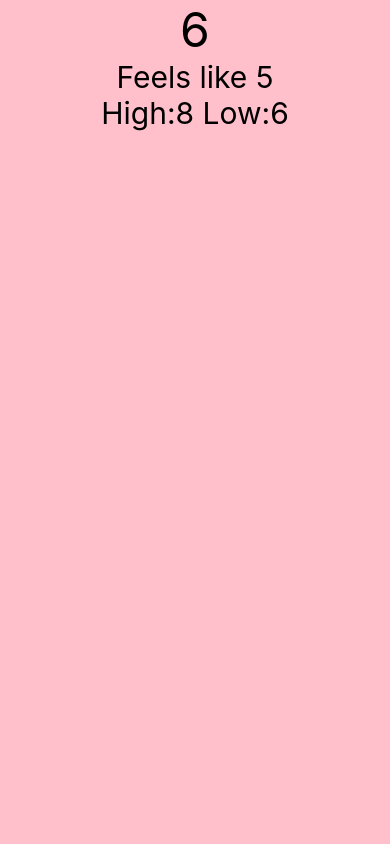
Repository: RossDee/WeatherApp
Screen: /
An editor plug-in stored every save of this project. The screen is shown before and after the next save, followed by the edit.
The app was drawn by React Native's web renderer in a window 390 px wide. The project was rebuilt for these pictures with package versions that can differ from the ones it lists, and the page was loaded fresh each time.

Above is the screen before, as saved 2023-10-14 21:00:04.

After the next save:
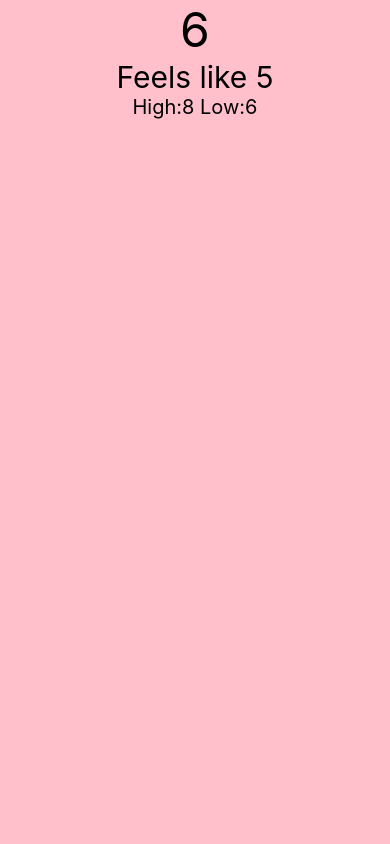
Saved 12 s later.
--- a/App.js
+++ b/App.js
@@ -32,7 +32,7 @@ const style  =StyleSheet.create({
  },
   highLow:{
     color:'black',
-    fontSize:30,
+    fontSize:20,
   }
 })
 export default App
